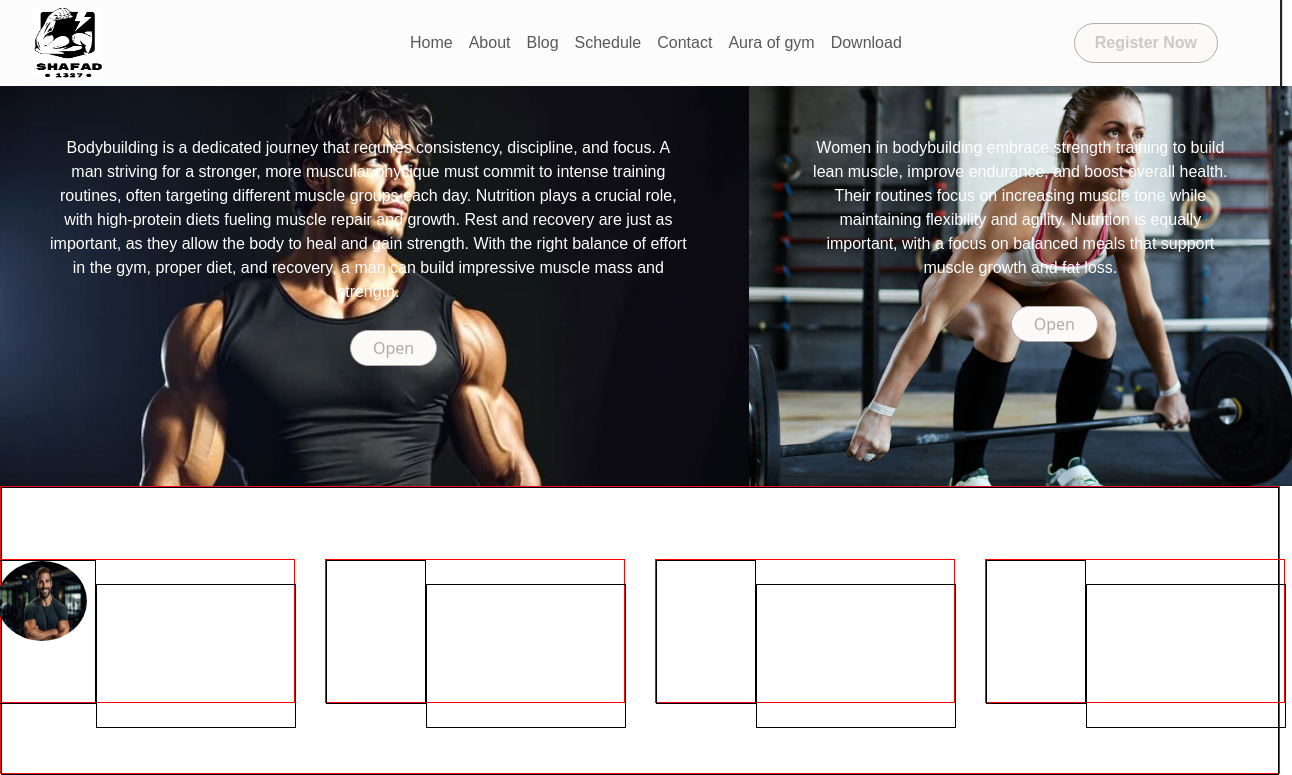
Repository: Daud-shafad/gymwebsite
Page: bootstrap-5.3.3-dist/bootstrap-5.3.3-dist/gym.html
The author's editor kept a copy of each file at every save. The page is drawn from the files as they stood at one save, then again after the next save.
The browser window is 1280 px wide. The page is 1292 px wide, so the pictures cover 1292 px, including what lies to the right of the window. The pictures show the whole page.

Above is the page before, as saved 2024-12-28 14:44:06.

### bootstrap-5.3.3-dist/bootstrap-5.3.3-dist/gym.html
<!DOCTYPE html>
<html lang="en">
<head>
    <title>GYM WEBSITE</title>
    <meta charset="UTF-8">
    <meta name="viewport" content="width=device-width, initial-scale=1.0">
    <meta name="author" content="Daud_Shafad">
    <meta name="Description" content="This gym website front-end part">
    <meta name="keyword" content="html, css, bootstrap, front-end, gym, website">
    <link rel="stylesheet" href="gym.css">
    <link rel="stylesheet" href="css/bootstrap.css">


</head>
<body>

    <nav class="navbar navbar-expand-lg" style="background-color: rgb(253, 252, 252); box-shadow: 1px -1px 1px 1px">
        <div class="container-fluid">
          <img src="power.png" style="width: 70px;
          height: 70px; margin-left: 20px;" >
          <button class="navbar-toggler" type="button" data-bs-toggle="collapse" data-bs-target="#navbarSupportedContent" aria-controls="navbarSupportedContent" aria-expanded="false" aria-label="Toggle navigation">
            <span class="navbar-toggler-icon"></span>
          </button>
          <div class="collapse navbar-collapse" id="navbarSupportedContent" style="font-family: sans-serif;">
            <ul class="navbar-nav me-auto mb-2 mb-lg-0" style="margin-left: 300px;">
              <li class="nav-item" >
                <a class="nav-link" aria-current="page" href="#">Home</a>
              </li>
              <li class="nav-item" >
                <a class="nav-link" href="#">About</a>
              </li>
              <li class="nav-item">
                <a class="nav-link" href="#">Blog</a>
              </li>
              <li class="nav-item">
                <a class="nav-link" aria-disabled="false">Schedule</a>
              </li>
              <li class="nav-item">
                <a class="nav-link" aria-disabled="false">Contact</a>
              </li>
              <li class="nav-item">
                <a class="nav-link" aria-disabled="false">Aura of gym</a>
              </li>
              <li class="nav-item">
                <a class="nav-link" aria-disabled="false">Download</a>
              </li>
              </ul>
           <button class="btn-register">
            Register Now
           </button>
          </div>
        </div>
      </nav>

      <div class="row">
        <div class="col-7">
          <p class="p-man-bodybuilding">Bodybuilding is a dedicated journey that requires consistency, discipline, and focus. A man striving for a stronger, more muscular physique must commit to intense training routines, often targeting different muscle groups each day. Nutrition plays a crucial role, with high-protein diets fueling muscle repair and growth. Rest and recovery are just as important, as they allow the body to heal and gain strength. With the right balance of effort in the gym, proper diet, and recovery, a man can build impressive muscle mass and strength.</p>
          <button class="btn-open-1">Open</button>
        </div>
        <div class="col-5">
        <p class="p-women-bodybuilding">Women in bodybuilding embrace strength training to build lean muscle, improve endurance, and boost overall health. Their routines focus on increasing muscle tone while maintaining flexibility and agility. Nutrition is equally important, with a focus on balanced meals that support muscle growth and fat loss.</p>
        <button class="btn-open-2">Open</button>
    </div>
      </div>

    <section class="section-1">
     <div class="managers-part">
       <div class="part-1">
       <div class="image-1-part">
        <img src="Trainer1.jpg" alt="Trainer1" style="width: 90px; height:
        80px; border-radius: 50%;">
       </div>
       <div class="info-1-part">

       </div>
       </div>

       <div class="part-2">
       <div class="image-2-part">

       </div>

       <div class="info-2-part">

       </div>
       </div>

       <div class="part-3">
        <div class="image-3-part">

        </div>

        <div class="info-3-part">

        </div>
       </div>

       <div class="part-4">
        <div class="image-4-part">

        </div>

        <div class="info-4-part">

        </div>
       </div>
     </div>

    </section>



    <script src="js/bootstrap.js"></script>


</body>
</html>

### bootstrap-5.3.3-dist/bootstrap-5.3.3-dist/gym.css
*{
    margin:0;
    padding: 0;
}

.btn-register{
    background-color: rgb(252, 249, 249);
    padding: 7px 20px 7px 20px;
    border: 1px solid rgb(177, 171, 171);
    cursor: pointer;
    border-radius: 25px;
    margin-right: 50px;
    font-family: sans-serif;
    font-size: 16px;
    font-weight: 600;
    color: rgb(204, 200, 200);
    text-transform: capitalize;
    transition: all 2s;
}

.btn-register:hover{
   background-color: rgb(177, 171, 171);
   color: rgb(252, 249, 249);
   border: rgb(252, 249, 249);
   letter-spacing: 2px;
   box-shadow: 2px 1px 2px 2px;

}

#navbarSupportedContent:hover{
    letter-spacing: 1px;
    color: black;
    cursor: pointer;
    transition: all 2s;
}

.row .col-7{

    background: url(Trainer3.jpg);
    background-position: center;
    background-size: cover;
    background-repeat: no-repeat;
    height: 400px;

}

.row .col-7 .p-man-bodybuilding{
    font-family: sans-serif;
    font-size: 16px;
    font-weight: 400;
    text-align: center;
    padding: 50px;
    color: white;
}

.row .col-7 .btn-open-1{
   background-color: rgb(252, 249, 249);
   color: rgb(177, 171, 171);
   border: 1px solid rgb(177, 171, 171);
   cursor: pointer;
   border-radius: 25px;
   padding: 5px 22px 5px 22px;
   margin: -40px 50px 50px 350px;
   vertical-align: top;
   transition: all 2s;
}

.row .col-7 .btn-open-1:hover{
    background-color: rgb(177, 171, 171);
    color: rgb(252, 249, 249);
    border: rgb(252, 249, 249);
    letter-spacing: 2px;
    box-shadow: 2px 1px 2px 2px;
}

.row .col-5{
    background: url(Photowomen2.jpg);
    background-position: center;
    background-size: cover;
    background-repeat: no-repeat;
    height: 400px;


}

.row .col-5 .p-women-bodybuilding{
    font-family: sans-serif;
    font-size: 16px;
    font-weight: 400;
    text-align: center;
    padding: 50px;
    color: white;
}

.row .col-5 .btn-open-2{
    background-color: rgb(252, 249, 249);
    color: rgb(177, 171, 171);
    border: 1px solid rgb(177, 171, 171);
    cursor: pointer;
    border-radius: 25px;
    padding: 5px 22px 5px 22px;
    margin: -40px 50px 50px 250px;
    vertical-align: top;
    transition: all 2s;
 }

 .row .col-5 .btn-open-2:hover{
     background-color: rgb(177, 171, 171);
     color: rgb(252, 249, 249);
     border: rgb(252, 249, 249);
     letter-spacing: 2px;
     box-shadow: 2px 1px 2px 2px;
 }

 .section-1{
    display: block;
    position: relative;
    width: 100%;
    height: 40vh;
    border: 1px solid rgb(243, 14, 14);
 }
 .section-1 .managers-part{
    display: flex;
    position: absolute;
    flex-direction: row;
    gap: 30px;
    align-items: center;
    justify-content: center;
    width: 100%;
    height: 40vh;
    border: 1px solid black;
 }

 .section-1 .managers-part .part-1{
    width: 300px;
    height: 20vh;
    border: 1px solid red;
    cursor: pointer
 }

 .section-1 .managers-part .part-1 .image-1-part{
    width: 100px;
    height: 20vh;
    border: 1px solid black;
}

.section-1 .managers-part .part-1 .info-1-part{
    width: 200px;
    height: 20vh;
    margin-left: 100px;
    margin-top: -120px;
    border: 1px solid black;
}

 .section-1 .managers-part .part-2{
    width: 300px;
    height: 20vh;
    border: 1px solid red;
    cursor: pointer
 }

 .section-1 .managers-part .part-2 .image-2-part{
    width: 100px;
    height: 20vh;
    border: 1px solid black;
}

.section-1 .managers-part .part-2 .info-2-part{
    width: 200px;
    height: 20vh;
    margin-left: 100px;
    margin-top: -120px;
    border: 1px solid black;
}

 .section-1 .managers-part .part-3{
    width: 300px;
    height: 20vh;
    border: 1px solid red;
    cursor: pointer
 }

 .section-1 .managers-part .part-3 .image-3-part{
    width: 100px;
    height: 20vh;
    border: 1px solid black;
}

.section-1 .managers-part .part-3 .info-3-part{
    width: 200px;
    height: 20vh;
    margin-left: 100px;
    margin-top: -120px;
    border: 1px solid black;
}

 .section-1 .managers-part .part-4{
    width: 300px;
    height: 20vh;
    border: 1px solid red;
    cursor: pointer
 }

 .section-1 .managers-part .part-4 .image-4-part{
    width: 100px;
    height: 20vh;
    border: 1px solid black;
}

.section-1 .managers-part .part-4 .info-4-part{
    width: 200px;
    height: 20vh;
    margin-left: 100px;
    margin-top: -120px;
    border: 1px solid black;
}

Loaded but not shown: bootstrap-5.3.3-dist/bootstrap-5.3.3-dist/css/bootstrap.css (library); bootstrap-5.3.3-dist/bootstrap-5.3.3-dist/js/bootstrap.js (library)

After the next save:
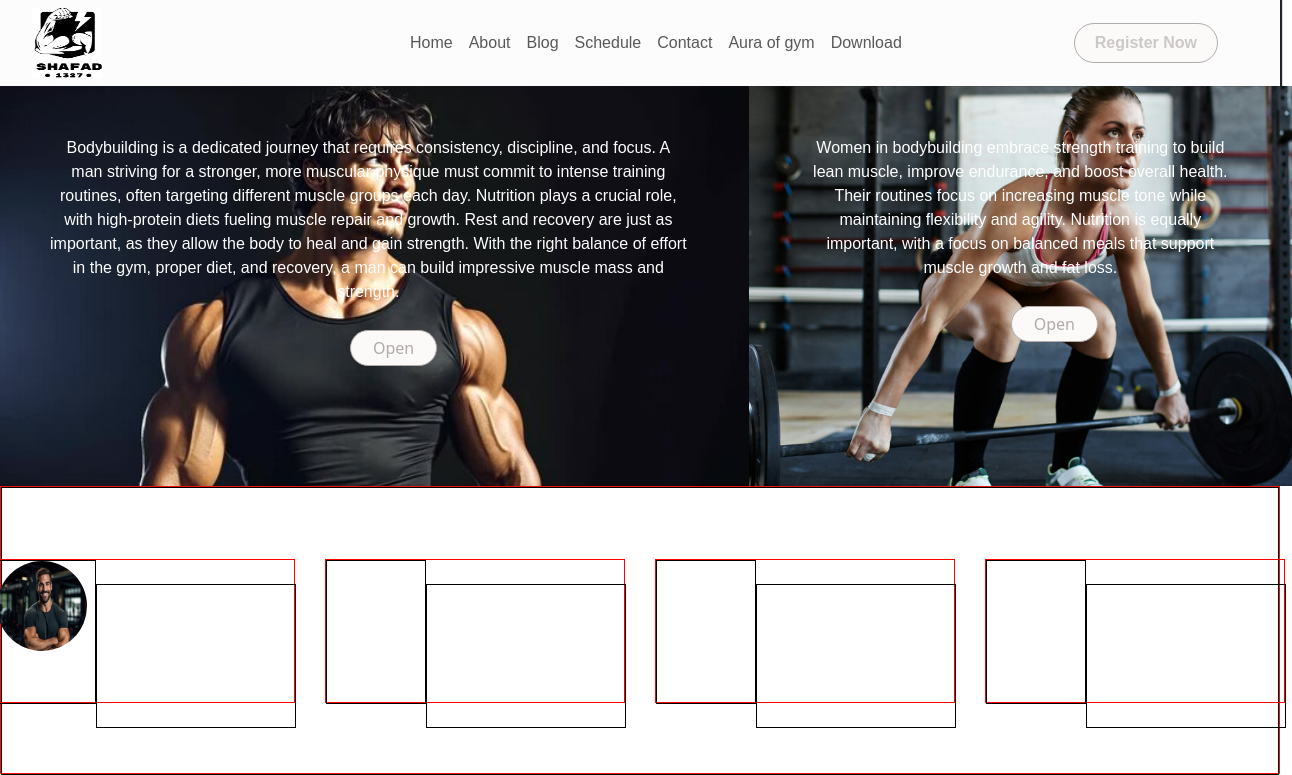
Saved 32 s later.
--- a/bootstrap-5.3.3-dist/bootstrap-5.3.3-dist/gym.html
+++ b/bootstrap-5.3.3-dist/bootstrap-5.3.3-dist/gym.html
@@ -68,7 +68,7 @@
        <div class="part-1">
        <div class="image-1-part">
         <img src="Trainer1.jpg" alt="Trainer1" style="width: 90px; height:
-        80px; border-radius: 50%;">
+        90px; border-radius: 50%;">
        </div>
        <div class="info-1-part">
 
